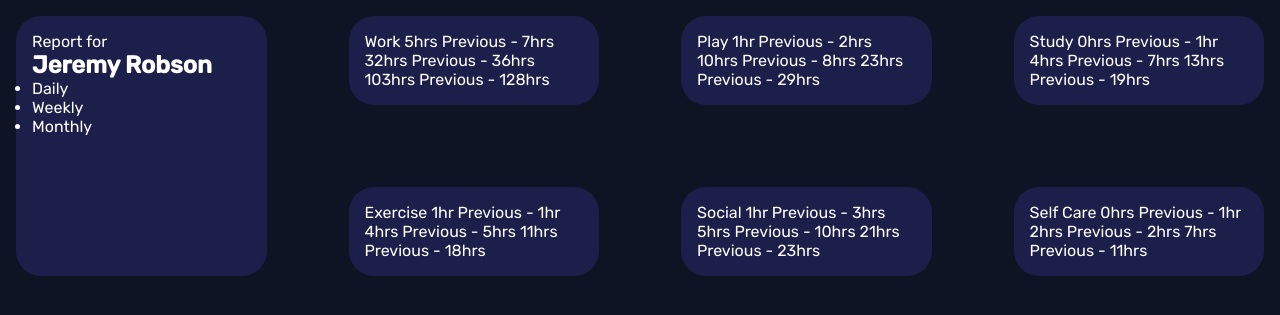
Repository: 3mr-5aled/time-tracking-dashboard-Junior
Page: index.html
An editor plug-in stored every save of this project. The page is shown before and after the next save, followed by the edit.
The browser window is 1280 px wide. The pictures show the whole page.

Above is the page before, as saved 2022-12-27 15:36:08.

After the next save:
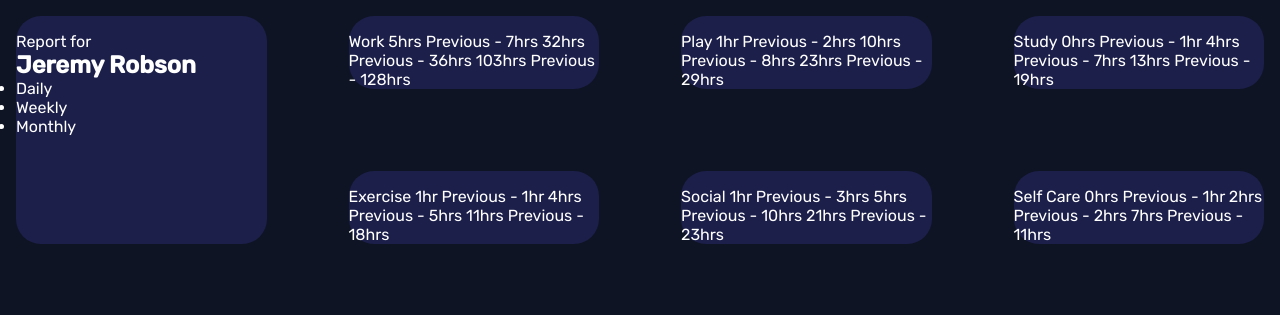
Saved 20 s later.
--- a/style.css
+++ b/style.css
@@ -56,7 +56,7 @@ body {
 .selfCare {
   background: var(--dark-blue);
   border-radius: 25px;
-  padding: 1rem;
+  padding-top: 1rem;
   margin: 1rem;
 }
 
